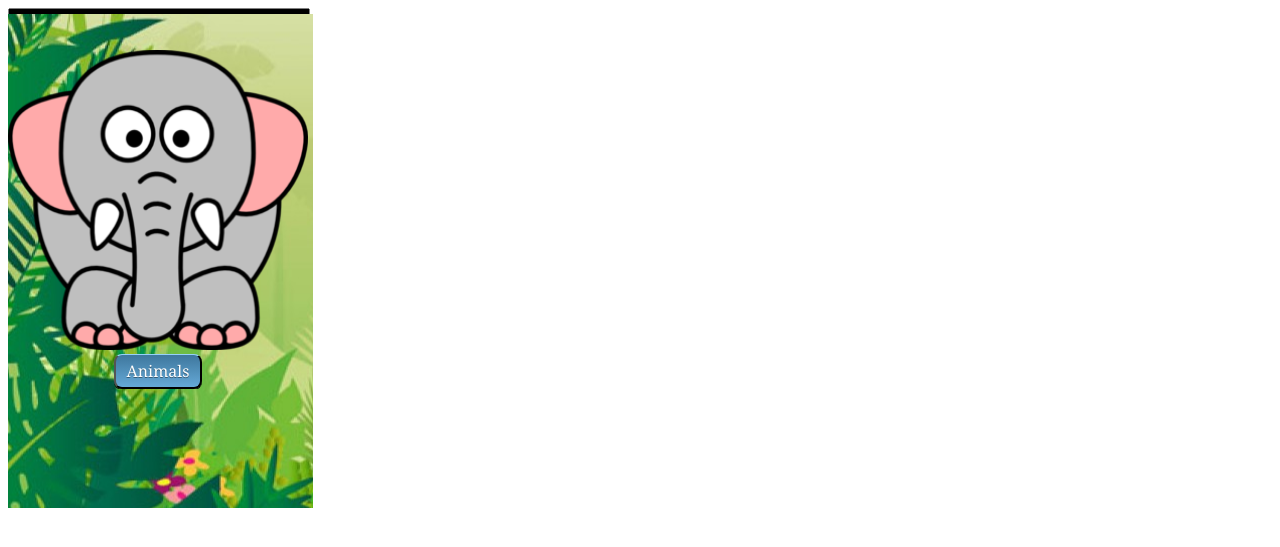
Repository: RathipriyaChandrasekaran/dotlite
Page: ConnectDots/menupage.html
The author's editor kept a copy of each file at every save. The page is drawn from the files as they stood at one save, then again after the next save.
The browser window is 1280 px wide. The pictures show the whole page.

Above is the page before, as saved 2014-12-14 03:27:45.

After the next save:
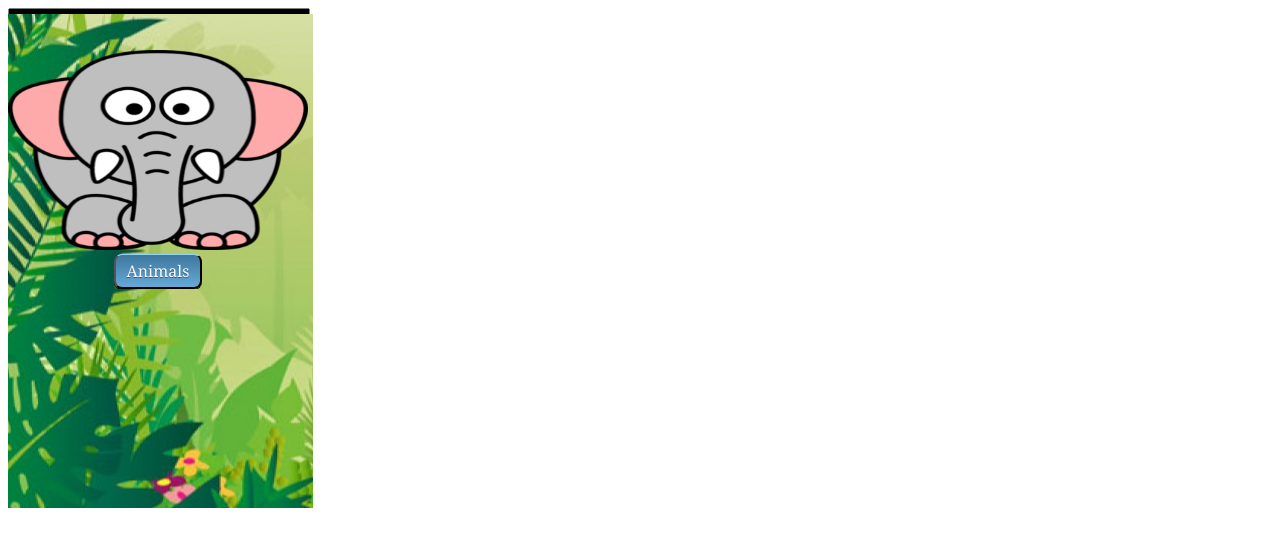
Saved 45 s later.
--- a/ConnectDots/css/appstyle.css
+++ b/ConnectDots/css/appstyle.css
@@ -102,8 +102,8 @@
    }
 
     img{
-     width:300px;
-     height: 300px;
+     width: 300px;
+     height: 200px;
     }
 
 

After the save that followed:
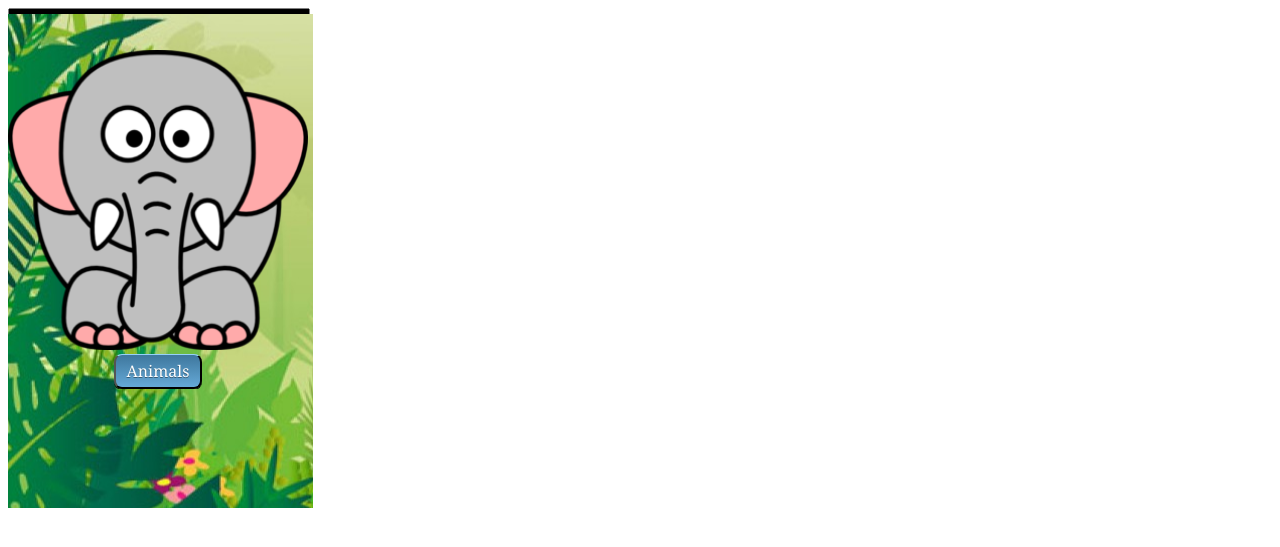
Saved 29 s later.
--- a/ConnectDots/css/appstyle.css
+++ b/ConnectDots/css/appstyle.css
@@ -103,7 +103,7 @@
 
     img{
      width: 300px;
-     height: 200px;
+     height: 300px;
     }
 
 
